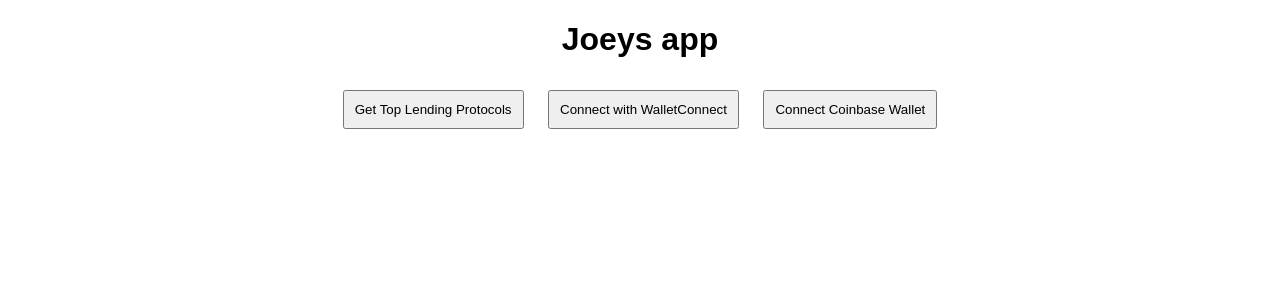
Repository: JoeIsaacson/_nook
Page: core.html
An editor plug-in stored every save of this project. The page is shown before and after the next save, followed by the edit.
The browser window is 1280 px wide. The pictures show the whole page.

Above is the page before, as saved 2024-09-07 16:04:06.

### core.html
<!DOCTYPE html>
<html lang="en">
<head>
    <meta charset="UTF-8">
    <meta name="viewport" content="width=device-width, initial-scale=1.0">
    <title>JOEYS APP</title>
    <style>
        body { font-family: Arial, sans-serif; text-align: center; }
        #protocols { margin-top: 20px; font-size: 18px; text-align: left; max-width: 600px; margin-left: auto; margin-right: auto; }
        .protocol { margin-bottom: 10px; }
        button { margin: 10px; padding: 10px; }
    </style>
    <script src="https://cdn.jsdelivr.net/npm/@walletconnect/web3-provider@1.7.1/dist/umd/index.min.js"></script>
    <script src="https://cdn.jsdelivr.net/npm/web3@1.5.2/dist/web3.min.js"></script>
    <script src="https://unpkg.com/@coinbase/wallet-sdk@3.6.3/dist/index.min.js"></script>
</head>
<body>
    <h1>Joeys app</h1>
    <button onclick="getTopLendingProtocols()">Get Top Lending Protocols</button>
    <button onclick="connectWallet()">Connect with WalletConnect</button>
    <button onclick="connectCoinbaseWallet()">Connect Coinbase Wallet</button>
    <div id="wallet-info"></div>
    <div id="protocols"></div>

    <script>
        const url = 'https://api.llama.fi/protocols';
        let web3;
        let provider;
        let coinbaseWallet;

        const NETWORKS = {
            1: {
                name: 'Ethereum Mainnet',
                rpcUrl: 'https://mainnet.infura.io/v3/6b5b19c61d1341ed91e2e9cf43dd8280',
                tokens: {
                    'ETH': {address: 'ETH', decimals: 18},
                    'USDT': {address: '0xdAC17F958D2ee523a2206206994597C13D831ec7', decimals: 6},
                    'USDC': {address: '0xA0b86991c6218b36c1d19D4a2e9Eb0cE3606eB48', decimals: 6},
                    'DAI': {address: '0x6B175474E89094C44Da98b954EedeAC495271d0F', decimals: 18},
                    'WBTC': {address: '0x2260FAC5E5542a773Aa44fBCfeDf7C193bc2C599', decimals: 8},
                }
            },
            137: {
                name: 'Polygon',
                rpcUrl: 'https://polygon-rpc.com',
                tokens: {
                    'MATIC': {address: 'ETH', decimals: 18},
                    'USDT': {address: '0xc2132D05D31c914a87C6611C10748AEb04B58e8F', decimals: 6},
                    'USDC': {address: '0x2791Bca1f2de4661ED88A30C99A7a9449Aa84174', decimals: 6},
                    'DAI': {address: '0x8f3Cf7ad23Cd3CaDbD9735AFf958023239c6A063', decimals: 18},
                    'WBTC': {address: '0x1BFD67037B42Cf73acF2047067bd4F2C47D9BfD6', decimals: 8},
                }
            },
            // Add more networks as needed
        };

        let currentNetwork;

        async function getNetworkId() {
            return await web3.eth.getChainId();
        }

        async function getENSName(address) {
            try {
                const ensName = await web3.eth.ens.getName(address);
                return ensName || null;
            } catch (error) {
                console.error('Error getting ENS name:', error);
                return null;
            }
        }

        async function getEthPrice() {
            try {
                const response = await fetch('https://api.coingecko.com/api/v3/simple/price?ids=ethereum&vs_currencies=usd');
                const data = await response.json();
                return data.ethereum.usd;
            } catch (error) {
                console.error('Error fetching ETH price:', error);
                return null;
            }
        }

        async function getWalletBalance(address) {
            try {
                const balance = await web3.eth.getBalance(address);
                const balanceInEth = web3.utils.fromWei(balance, 'ether');
                const ethPrice = await getEthPrice();
                const balanceInUsd = ethPrice ? (parseFloat(balanceInEth) * ethPrice).toFixed(2) : null;
                return {
                    eth: parseFloat(balanceInEth).toFixed(4),
                    usd: balanceInUsd
                };
            } catch (error) {
                console.error('Error getting wallet balance:', error);
                return null;
            }
        }

        async function updateWalletInfo(account) {
            const networkId = await getNetworkId();
            const ensName = await getENSName(account);
            const balance = await getWalletBalance(account);
            const displayName = ensName || account;
            let infoHtml = `Connected to ${NETWORKS[networkId]?.name || 'Unknown Network'}<br>`;
            infoHtml += `Address: ${displayName}`;
            if (balance) {
                infoHtml += `<br>Balance: ${balance.eth} ${NETWORKS[networkId]?.tokens['ETH']?.symbol || 'ETH'}`;
                if (balance.usd) {
                    infoHtml += ` (≈ $${balance.usd} USD)`;
                }
            }

            const topAssets = await getTopAssets(account);

            console.log('Top Assets:', topAssets);

            if (topAssets.length > 0) {
                infoHtml += '<br><br>Top 5 Assets:';
                infoHtml += '<ul>';
                topAssets.forEach(asset => {
                    infoHtml += `<li>${asset.symbol}: ${asset.balance.toFixed(4)} (≈ $${asset.value.toFixed(2)} USD)</li>`;
                });
                infoHtml += '</ul>';
            }

            document.getElementById('wallet-info').innerHTML = infoHtml;
            console.log('Current Network:', NETWORKS[networkId]?.name);
            console.log('Top 5 Assets:', topAssets);
        }

        function getTopLendingProtocols() {
            fetch(url)
                .then(response => response.json())
                .then(data => {
                    // Filter for lending protocols
                    const lendingProtocols = data.filter(protocol => protocol.category === 'Lending');
                    // Sort lending protocols by TVL in descending order
                    const sortedProtocols = lendingProtocols.sort((a, b) => b.tvl - a.tvl);
                    const top3 = sortedProtocols.slice(0, 3);

                    let html = '';
                    top3.forEach((protocol, index) => {
                        html += `<div class="protocol">
                            <strong>${index + 1}. ${protocol.name}</strong><br>
                            TVL: $${protocol.tvl.toLocaleString()}<br>
                            Chain: ${protocol.chain}
                        </div>`;
                    });

                    document.getElementById('protocols').innerHTML = html;
                })
                .catch(error => {
                    console.error('Error:', error);
                    document.getElementById('protocols').innerHTML = 'Error fetching protocol data';
                });
        }

        async function connectWallet() {
            provider = new WalletConnectProvider.default({
                infuraId: "6b5b19c61d1341ed91e2e9cf43dd8280"
            });

            try {
                await provider.enable();
                web3 = new Web3(provider);
                const accounts = await web3.eth.getAccounts();
                const account = accounts[0];
                await updateWalletInfo(account);
                console.log('Connected:', account);
            } catch (error) {
                console.error('Failed to connect wallet:', error);
                document.getElementById('wallet-info').innerHTML = 'Failed to connect wallet';
            }
        }

        async function connectCoinbaseWallet() {
            const CoinbaseWalletSDK = window.CoinbaseWalletSDK;
            coinbaseWallet = new CoinbaseWalletSDK({
                appName: "Top 3 DeFi Lending Protocols",
                appLogoUrl: "https://example.com/logo.png", // Replace with your app's logo if desired
                darkMode: false
            });

            const ethereum = coinbaseWallet.makeWeb3Provider("https://mainnet.infura.io/v3/6b5b19c61d1341ed91e2e9cf43dd8280", 1);

            try {
                const accounts = await ethereum.request({ method: 'eth_requestAccounts' });
                web3 = new Web3(ethereum);
                const account = accounts[0];
                await updateWalletInfo(account);
                console.log('Connected to Coinbase Wallet:', account);
            } catch (error) {
                console.error('Failed to connect Coinbase Wallet:', error);
                document.getElementById('wallet-info').innerHTML = 'Failed to connect Coinbase Wallet';
            }
        }

        // Handle account changes
        if (provider) {
            provider.on("accountsChanged", async (accounts) => {
                await updateWalletInfo(accounts[0]);
            });

            // Handle chain changes
            provider.on("chainChanged", (chainId) => {
                console.log('Chain changed:', chainId);
                // You might want to reload the page or update some UI here
            });

            // Handle disconnection
            provider.on("disconnect", (code, reason) => {
                console.log('Disconnected:', code, reason);
                document.getElementById('wallet-info').innerHTML = 'Wallet disconnected';
            });
        }

        const ERC20_ABI = [
            {
                "constant": true,
                "inputs": [{"name": "_owner", "type": "address"}],
                "name": "balanceOf",
                "outputs": [{"name": "balance", "type": "uint256"}],
                "type": "function"
            },
            {
                "constant": true,
                "inputs": [],
                "name": "decimals",
                "outputs": [{"name": "", "type": "uint8"}],
                "type": "function"
            }
        ];

        async function getTokenBalance(tokenAddress, walletAddress, decimals) {
            if (tokenAddress === 'ETH') {
                const balance = await web3.eth.getBalance(walletAddress);
                return web3.utils.fromWei(balance, 'ether');
            }

            const contract = new web3.eth.Contract(ERC20_ABI, tokenAddress);
            const balance = await contract.methods.balanceOf(walletAddress).call();
            return balance / Math.pow(10, decimals);
        }

        async function getTokenPrices(tokenIds) {
            const ids = tokenIds.join(',');
            const response = await fetch(`https://api.coingecko.com/api/v3/simple/price?ids=${ids}&vs_currencies=usd`);
            return await response.json();
        }

        async function getTopAssets(walletAddress) {
            const networkId = await getNetworkId();
            currentNetwork = NETWORKS[networkId];

            if (!currentNetwork) {
                console.error('Unsupported network');
                return [];
            }

            const balances = await Promise.all(
                Object.entries(currentNetwork.tokens).map(async ([symbol, token]) => {
                    const balance = await getTokenBalance(token.address, walletAddress, token.decimals);
                    return { symbol, balance };
                })
            );

            const nonZeroBalances = balances.filter(b => parseFloat(b.balance) > 0);
            const tokenIds = nonZeroBalances.map(b => b.symbol.toLowerCase());
            const prices = await getTokenPrices(tokenIds);

            const assetsWithValue = nonZeroBalances.map(b => ({
                symbol: b.symbol,
                balance: parseFloat(b.balance),
                value: b.balance * (prices[b.symbol.toLowerCase()]?.usd || 0)
            }));

            return assetsWithValue
                .sort((a, b) => b.value - a.value)
                .slice(0, 5);
        }
    </script>
</body>
</html>

After the next save:
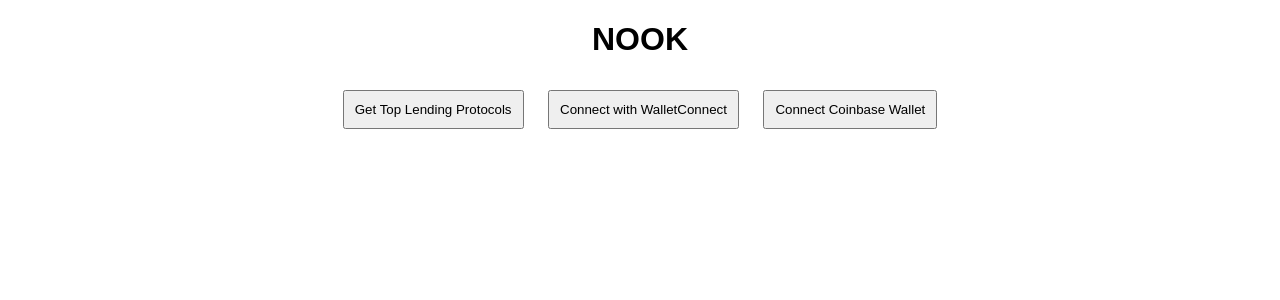
Saved 117 s later.
--- a/core.html
+++ b/core.html
@@ -15,7 +15,7 @@
     <script src="https://unpkg.com/@coinbase/wallet-sdk@3.6.3/dist/index.min.js"></script>
 </head>
 <body>
-    <h1>Joeys app</h1>
+    <h1>NOOK</h1>
     <button onclick="getTopLendingProtocols()">Get Top Lending Protocols</button>
     <button onclick="connectWallet()">Connect with WalletConnect</button>
     <button onclick="connectCoinbaseWallet()">Connect Coinbase Wallet</button>
